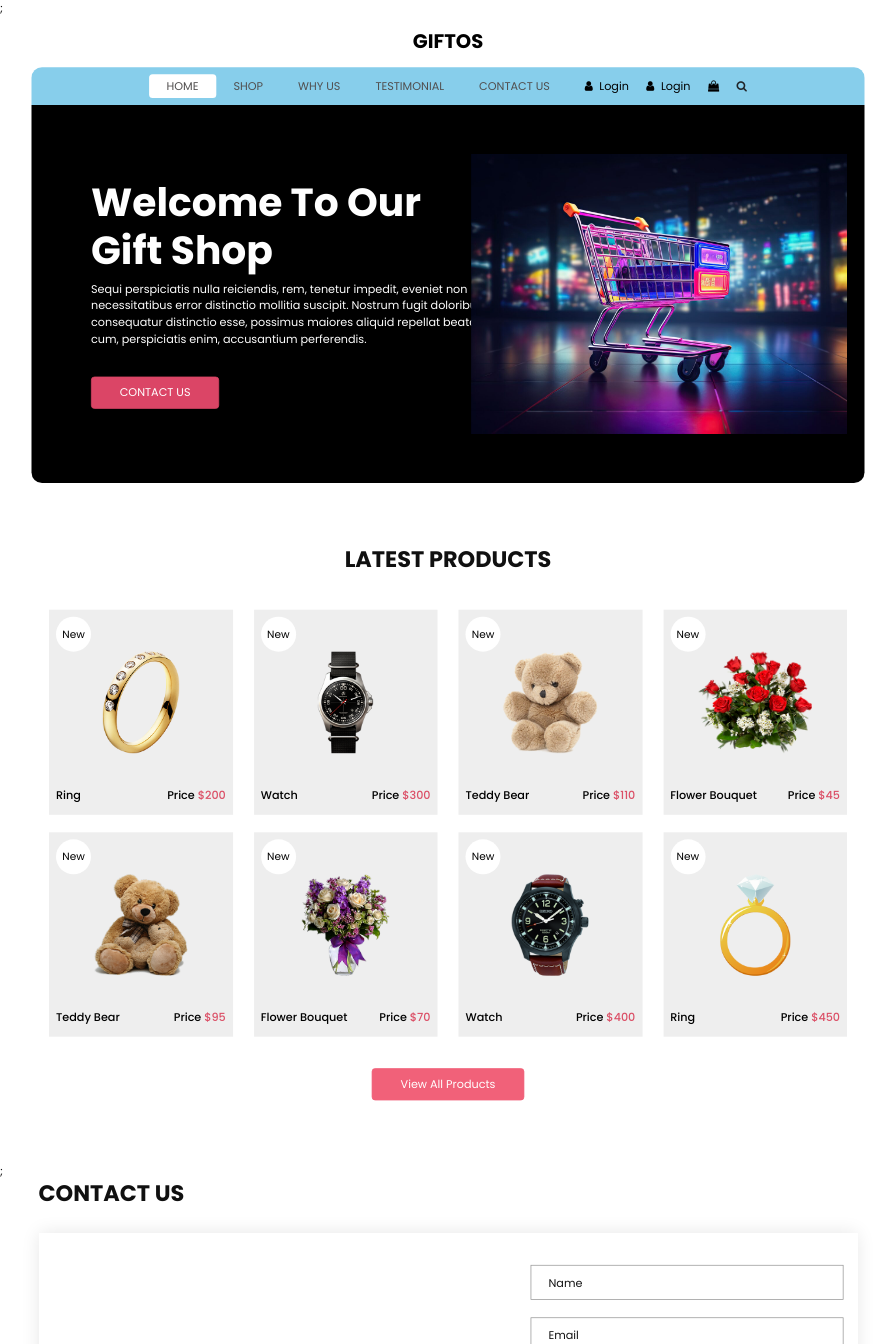
Repository: tanimtanzilislam/ecommerce_project_laravel
Page: http://localhost/
These files come from the project's save history. The page is drawn as it stood at one moment and after the next save; the edit follows.
The browser window is 1280 px wide. The pictures show the part of the page from y = 0 to 1920 px (the page is 2902 px tall), at 70% of full size.
Pictures or frames that could not be fetched are drawn as grey boxes. The page is served by the project's Laravel application, run on PHP 8.4 with Laravel 12. Other server files are loaded and not shown.

Above is the page before, as saved 2025-06-14 17:03:24.

### routes/web.php
<?php

use App\Http\Controllers\ProfileController;
use Illuminate\Support\Facades\Route;
use App\Http\Controllers\HomeController;
route::get('/', [HomeController::class,'home']
);

Route::get('/dashboard', function () {
    return view('dashboard');
})->middleware(['auth', 'verified'])->name('dashboard');

Route::middleware('auth')->group(function () {
    Route::get('/profile', [ProfileController::class, 'edit'])->name('profile.edit');
    Route::patch('/profile', [ProfileController::class, 'update'])->name('profile.update');
    Route::delete('/profile', [ProfileController::class, 'destroy'])->name('profile.destroy');
});

require __DIR__.'/auth.php';

route::get('admin/dashboard',[HomeController::class,'index']);
route::get('admin/dashboard',[HomeController::class,'index'])->middleware(['auth','admin']);

### app/Http/Controllers/HomeController.php
<?php

namespace App\Http\Controllers;

use Illuminate\Http\Request;


class HomeController extends Controller
{
    public function index(){
        return view('admin.index');
    }



    public function home(){
       return view('home.index');

        }

}

### resources/views/home/index.blade.php
<!DOCTYPE html>
<html>

<head>
  @include('home.css');
</head>

<body>
  <div class="hero_area">
    <!-- header section strats -->
   @include('home.header')
    <!-- end header section -->
    <!-- slider section -->
@include('home.slider')

    <!-- end slider section -->
  </div>
  <!-- end hero area -->

  <!-- shop section -->

  @include('home.product');

  <!-- end shop section -->







  <!-- contact section -->

  @include('home.contact')

  <!-- end contact section -->



  <!-- info section -->
@include('home.footer');

</body>

</html>

### resources/views/home/css.blade.php
<!-- Basic -->
  <meta charset="utf-8" />
  <meta http-equiv="X-UA-Compatible" content="IE=edge" />
  <!-- Mobile Metas -->
  <meta name="viewport" content="width=device-width, initial-scale=1, shrink-to-fit=no" />
  <!-- Site Metas -->
  <meta name="keywords" content="" />
  <meta name="description" content="" />
  <meta name="author" content="" />
  <link rel="shortcut icon" href="images/favicon.png" type="image/x-icon">

  <title>
    Giftos
  </title>

  <!-- slider stylesheet -->
  <link rel="stylesheet" type="text/css" href="https://cdnjs.cloudflare.com/ajax/libs/OwlCarousel2/2.3.4/assets/owl.carousel.min.css" />

  <!-- bootstrap core css -->
  <link rel="stylesheet" type="text/css" href="{{asset('css/bootstrap.css')}}" />

  <!-- Custom styles for this template -->
  <link href="{{asset('css/style.css')}}" rel="stylesheet" />
  <!-- responsive style -->
  <link href="{{asset('css/responsive.css')}}" rel="stylesheet" />

### resources/views/home/header.blade.php
 <header class="header_section">
      <nav class="navbar navbar-expand-lg custom_nav-container ">
        <a class="navbar-brand" href="index.html">
          <span>
            Giftos
          </span>
        </a>
        <button class="navbar-toggler" type="button" data-toggle="collapse" data-target="#navbarSupportedContent" aria-controls="navbarSupportedContent" aria-expanded="false" aria-label="Toggle navigation">
          <span class=""></span>
        </button>

        <div class="collapse navbar-collapse" id="navbarSupportedContent">
          <ul class="navbar-nav  ">
            <li class="nav-item active">
              <a class="nav-link" href="index.html">Home <span class="sr-only">(current)</span></a>
            </li>
            <li class="nav-item">
              <a class="nav-link" href="shop.html">
                Shop
              </a>
            </li>
            <li class="nav-item">
              <a class="nav-link" href="why.html">
                Why Us
              </a>
            </li>
            <li class="nav-item">
              <a class="nav-link" href="testimonial.html">
                Testimonial
              </a>
            </li>
            <li class="nav-item">
              <a class="nav-link" href="contact.html">Contact Us</a>
            </li>
          </ul>
          <div class="user_option">
            <a href="{{url('/login')}}">
              <i class="fa fa-user" aria-hidden="true"></i>
              <span>
                Login
              </span>
            </a>

            <a href="{{url('/register')}}">
              <i class="fa fa-user" aria-hidden="true"></i>
              <span>
                Login
              </span>
            </a>
            <a href="">
              <i class="fa fa-shopping-bag" aria-hidden="true"></i>
            </a>
            <form class="form-inline ">
              <button class="btn nav_search-btn" type="submit">
                <i class="fa fa-search" aria-hidden="true"></i>
              </button>
            </form>
          </div>
        </div>
      </nav>
    </header>

### resources/views/home/slider.blade.php
 <section class="slider_section">
      <div class="slider_container">
        <div id="carouselExampleIndicators" class="carousel slide" data-ride="carousel">
          <div class="carousel-inner">
            <div class="carousel-item active">
              <div class="container-fluid">
                <div class="row">
                  <div class="col-md-7">
                    <div class="detail-box">
                      <h1>
                        Welcome To Our <br>
                        Gift Shop
                      </h1>
                      <p>
                        Sequi perspiciatis nulla reiciendis, rem, tenetur impedit, eveniet non necessitatibus error distinctio mollitia suscipit. Nostrum fugit doloribus consequatur distinctio esse, possimus maiores aliquid repellat beatae cum, perspiciatis enim, accusantium perferendis.
                      </p>
                      <a href="">
                        Contact Us
                      </a>
                    </div>
                  </div>
                  <div class="col-md-5 ">
                    <div class="img-box">
                      <img style="width:600px" src="images/image3.jpeg" alt="" />
                    </div>
                  </div>
                </div>
              </div>
            </div>

          </div>

        </div>
      </div>
    </section>

### resources/views/home/product.blade.php
<section class="shop_section layout_padding">
    <div class="container">
      <div class="heading_container heading_center">
        <h2>
          Latest Products
        </h2>
      </div>
      <div class="row">
        <div class="col-sm-6 col-md-4 col-lg-3">
          <div class="box">
            <a href="">
              <div class="img-box">
                <img src="images/p1.png" alt="">
              </div>
              <div class="detail-box">
                <h6>
                  Ring
                </h6>
                <h6>
                  Price
                  <span>
                    $200
                  </span>
                </h6>
              </div>
              <div class="new">
                <span>
                  New
                </span>
              </div>
            </a>
          </div>
        </div>
        <div class="col-sm-6 col-md-4 col-lg-3">
          <div class="box">
            <a href="">
              <div class="img-box">
                <img src="images/p2.png" alt="">
              </div>
              <div class="detail-box">
                <h6>
                  Watch
                </h6>
                <h6>
                  Price
                  <span>
                    $300
                  </span>
                </h6>
              </div>
              <div class="new">
                <span>
                  New
                </span>
              </div>
            </a>
          </div>
        </div>
        <div class="col-sm-6 col-md-4 col-lg-3">
          <div class="box">
            <a href="">
              <div class="img-box">
                <img src="images/p3.png" alt="">
              </div>
              <div class="detail-box">
                <h6>
                  Teddy Bear
                </h6>
                <h6>
                  Price
                  <span>
                    $110
                  </span>
                </h6>
              </div>
              <div class="new">
                <span>
                  New
                </span>
              </div>
            </a>
          </div>
        </div>
        <div class="col-sm-6 col-md-4 col-lg-3">
          <div class="box">
            <a href="">
              <div class="img-box">
                <img src="images/p4.png" alt="">
              </div>
              <div class="detail-box">
                <h6>
                  Flower Bouquet
                </h6>
                <h6>
                  Price
                  <span>
                    $45
                  </span>
                </h6>
              </div>
              <div class="new">
                <span>
                  New
                </span>
              </div>
            </a>
          </div>
        </div>
        <div class="col-sm-6 col-md-4 col-lg-3">
          <div class="box">
            <a href="">
              <div class="img-box">
                <img src="images/p5.png" alt="">
              </div>
              <div class="detail-box">
                <h6>
                  Teddy Bear
                </h6>
                <h6>
                  Price
                  <span>
                    $95
                  </span>
                </h6>
              </div>
              <div class="new">
                <span>
                  New
                </span>
              </div>
            </a>
          </div>
        </div>
        <div class="col-sm-6 col-md-4 col-lg-3">
          <div class="box">
            <a href="">
              <div class="img-box">
                <img src="images/p6.png" alt="">
              </div>
              <div class="detail-box">
                <h6>
                  Flower Bouquet
                </h6>
                <h6>
                  Price
                  <span>
                    $70
                  </span>
                </h6>
              </div>
              <div class="new">
                <span>
                  New
                </span>
              </div>
            </a>
          </div>
        </div>
        <div class="col-sm-6 col-md-4 col-lg-3">
          <div class="box">
            <a href="">
              <div class="img-box">
                <img src="images/p7.png" alt="">
              </div>
              <div class="detail-box">
                <h6>
                  Watch
                </h6>
                <h6>
                  Price
                  <span>
                    $400
                  </span>
                </h6>
              </div>
              <div class="new">
                <span>
                  New
                </span>
              </div>
            </a>
          </div>
        </div>
        <div class="col-sm-6 col-md-4 col-lg-3">
          <div class="box">
            <a href="">
              <div class="img-box">
                <img src="images/p8.png" alt="">
              </div>
              <div class="detail-box">
                <h6>
                  Ring
                </h6>
                <h6>
                  Price
                  <span>
                    $450
                  </span>
                </h6>
              </div>
              <div class="new">
                <span>
                  New
                </span>
              </div>
            </a>
          </div>
        </div>
      </div>
      <div class="btn-box">
        <a href="">
          View All Products
        </a>
      </div>
    </div>
  </section>

### resources/views/home/contact.blade.php
<section class="contact_section ">
    <div class="container px-0">
      <div class="heading_container ">
        <h2 class="">
          Contact Us
        </h2>
      </div>
    </div>
    <div class="container container-bg">
      <div class="row">
        <div class="col-lg-7 col-md-6 px-0">
          <div class="map_container">
            <div class="map-responsive">
              <iframe src="https://www.google.com/maps/embed/v1/place?key=AIzaSyA0s1a7phLN0iaD6-UE7m4qP-z21pH0eSc&q=Eiffel+Tower+Paris+France" width="600" height="300" frameborder="0" style="border:0; width: 100%; height:100%" allowfullscreen></iframe>
            </div>
          </div>
        </div>
        <div class="col-md-6 col-lg-5 px-0">
          <form action="#">
            <div>
              <input type="text" placeholder="Name" />
            </div>
            <div>
              <input type="email" placeholder="Email" />
            </div>
            <div>
              <input type="text" placeholder="Phone" />
            </div>
            <div>
              <input type="text" class="message-box" placeholder="Message" />
            </div>
            <div class="d-flex ">
              <button>
                SEND
              </button>
            </div>
          </form>
        </div>
      </div>
    </div>
  </section>

  <br><br><br>

### resources/views/home/footer.blade.php
 <section class="info_section  layout_padding2-top">
    <div class="social_container">
      <div class="social_box">
        <a href="">
          <i class="fa fa-facebook" aria-hidden="true"></i>
        </a>
        <a href="">
          <i class="fa fa-twitter" aria-hidden="true"></i>
        </a>
        <a href="">
          <i class="fa fa-instagram" aria-hidden="true"></i>
        </a>
        <a href="">
          <i class="fa fa-youtube" aria-hidden="true"></i>
        </a>
      </div>
    </div>
    <div class="info_container ">
      <div class="container">
        <div class="row">
          <div class="col-md-6 col-lg-3">
            <h6>
              ABOUT US
            </h6>
            <p>
              Lorem ipsum dolor sit amet, consectetur adipiscing elit, sed doLorem ipsum dolor sit amet, consectetur adipiscing elit, sed doLorem ipsum dolor sit amet,
            </p>
          </div>
          <div class="col-md-6 col-lg-3">
            <div class="info_form ">
              <h5>
                Newsletter
              </h5>
              <form action="#">
                <input type="email" placeholder="Enter your email">
                <button>
                  Subscribe
                </button>
              </form>
            </div>
          </div>
          <div class="col-md-6 col-lg-3">
            <h6>
              NEED HELP
            </h6>
            <p>
              Lorem ipsum dolor sit amet, consectetur adipiscing elit, sed doLorem ipsum dolor sit amet, consectetur adipiscing elit, sed doLorem ipsum dolor sit amet,
            </p>
          </div>
          <div class="col-md-6 col-lg-3">
            <h6>
              CONTACT US
            </h6>
            <div class="info_link-box">
              <a href="">
                <i class="fa fa-map-marker" aria-hidden="true"></i>
                <span> Gb road 123 london Uk </span>
              </a>
              <a href="">
                <i class="fa fa-phone" aria-hidden="true"></i>
                <span>+01 12345678901</span>
              </a>
              <a href="">
                <i class="fa fa-envelope" aria-hidden="true"></i>
                <span> demo@gmail.com</span>
              </a>
            </div>
          </div>
        </div>
      </div>
    </div>
    <!-- footer section -->
    <footer class=" footer_section">
      <div class="container">
        <p>
          &copy; <span id="displayYear"></span> All Rights Reserved By
          <a href="https://html.design/">Web Tech Knowledge</a>
        </p>
      </div>
    </footer>
    <!-- footer section -->

  </section>

  <!-- end info section -->


  <script src="{{asset('js/jquery-3.4.1.min.js')}}"></script>
  <script src="{{asset('js/bootstrap.js')}}"></script>
  <script src="{{asset('https://cdnjs.cloudflare.com/ajax/libs/OwlCarousel2/2.3.4/owl.carousel.min.js')}}">
  </script>
  <script src="{{asset('js/custom.js')}}"></script>

### public/css/responsive.css
@media (max-width: 1120px) {
    .saving_section .detail-box {
        padding: 0;
    }
}

@media (max-width: 992px) {
    .user_option {
        justify-content: center;
        margin-left: 0;
        margin-top: 10px;

    }

    .custom_nav-container {
        flex-direction: row;
    }

    .custom_nav-container .navbar-nav {
        align-items: center;
    }

    #navbarSupportedContent .navbar-nav .nav-link {
        margin: 5px 0;
    }

    .slider_section .detail-box {
        padding-left: 0;
    }

    .slider_section .detail-box h1 {
        font-size: 3rem;
    }

    .slider_section .img-box {
        padding: 0;
    }

    .saving_section .row {
        flex-direction: column-reverse;
    }

    .saving_section .detail-box {

        margin-bottom: 30px;
    }

    .client_section .box {
        margin: 15px 25px;
    }

    .client_section .carousel_btn-box {
        display: flex;
        justify-content: center;
        margin-top: 45px;
    }

    .client_section .carousel-control-prev,
    .client_section .carousel-control-next {
        position: unset;
        margin: 0 2.5px;
        width: 45px;
        height: 45px;
    }
}

@media (max-width: 768px) {
    .hero_area {
        padding: 0 25px;
    }

    .slider_section .img-box {
        margin-bottom: 45px;
    }

    .saving_section,
    .gift_section {
        padding-left: 25px;
        padding-right: 25px;
    }

    .gift_section .box {
        padding: 45px 0;
    }

    .gift_section .img-box {
        padding: 0 15px;
        margin-bottom: 45px;
    }

    .info_section .row>div {
        text-align: center;
        display: flex;
        flex-direction: column;
        align-items: center;

    }

    .info_section {
        margin: 0 25px 25px;
    }


}

@media (max-width: 576px) {
    .contact_section {
        padding-left: 25px;
        padding-right: 25px;
    }
}

@media (max-width: 480px) {

    .saving_section .detail-box,
    .gift_section .detail-box {
        padding: 0 5px;
    }
}

@media (max-width: 420px) {}

@media (max-width: 376px) {}

@media (min-width: 1200px) {
    .container {
        max-width: 1170px;
    }
}

Loaded but not shown: routes/auth.php (common file); app/Http/Controllers/Auth/EmailVerificationPromptController.php (common file); app/Http/Controllers/Controller.php (common file); app/Http/Controllers/Auth/VerifyEmailController.php (common file); public/css/bootstrap.css (library); public/js/jquery-3.4.1.min.js (library); public/js/bootstrap.js (library); public/js/custom.js (common file); public/css/font-awesome.min.css (library); public/css/style.css (856 lines, source omitted)

After the next save:
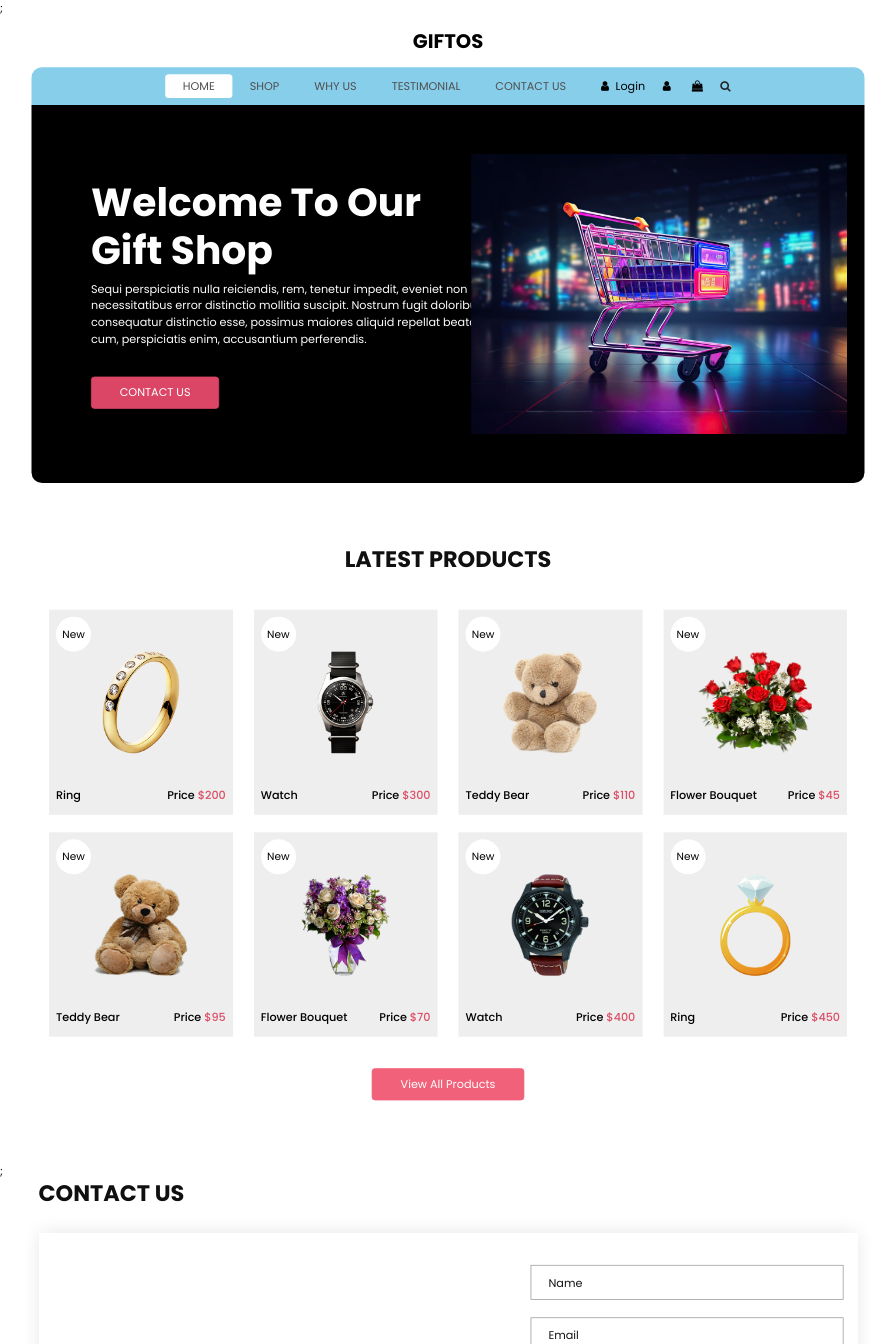
Saved 10 s later.
--- a/resources/views/home/header.blade.php
+++ b/resources/views/home/header.blade.php
@@ -44,7 +44,7 @@
             <a href="{{url('/register')}}">
               <i class="fa fa-user" aria-hidden="true"></i>
               <span>
-                Login
+
               </span>
             </a>
             <a href="">
